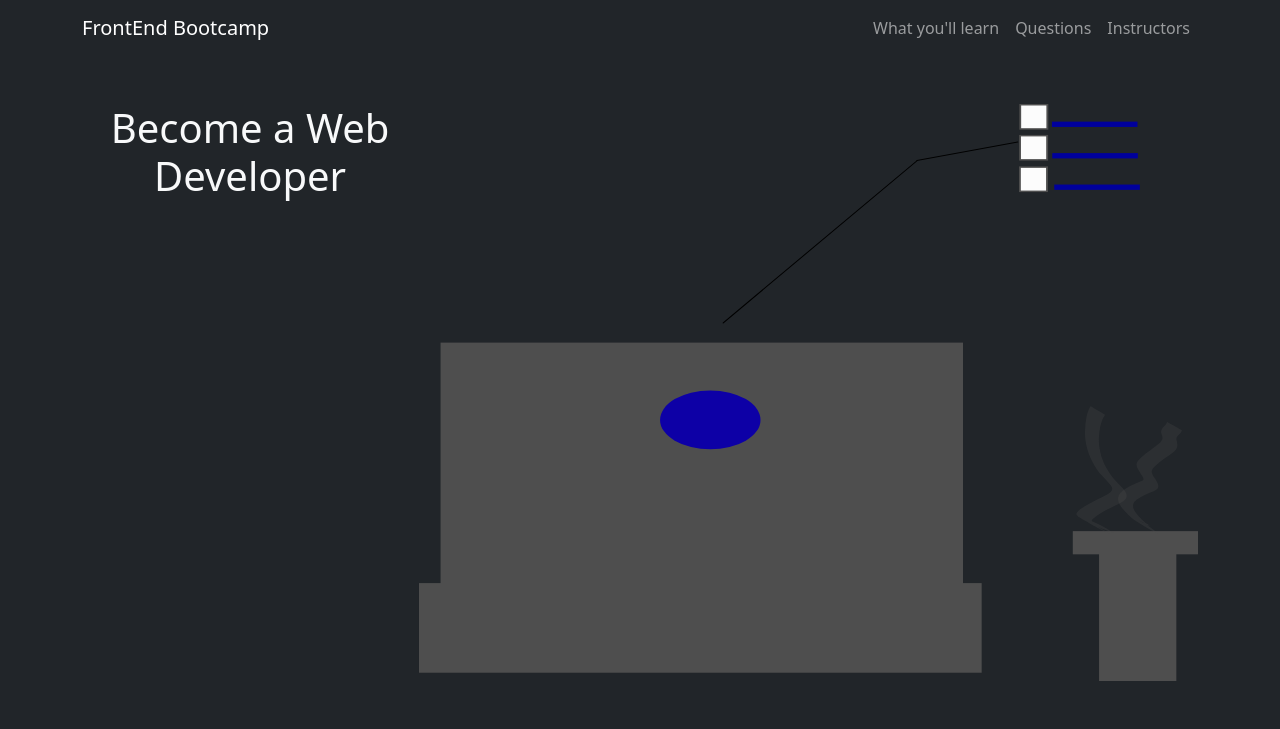
Repository: HaziimYassien/Front-End-BootCamp-__BootStrap-Project
Page: Front End BootCamp2/index.html
The author's editor kept a copy of each file at every save. The page is drawn from the files as they stood at one save, then again after the next save.
The browser window is 1280 px wide. The pictures show the whole page.

Above is the page before, as saved 2024-01-12 02:07:27.

### Front End BootCamp2/index.html
<!DOCTYPE html>
<html lang="en">
  <head>
    <meta charset="utf-8" />
    <meta name="viewport" content="width=device-width, initial-scale=1" />
    <title>Frontend Bootcamp</title>
    <link
      href="https://cdn.jsdelivr.net/npm/bootstrap@5.3.2/dist/css/bootstrap.min.css"
      rel="stylesheet"
      integrity="sha384-T3c6CoIi6uLrA9TneNEoa7RxnatzjcDSCmG1MXxSR1GAsXEV/Dwwykc2MPK8M2HN"
      crossorigin="anonymous"
    />
    <link rel="stylesheet" href="style.css" />
  </head>
  <body>
    <!-- START _NavigationBar -->
    <nav class="navbar navbar-expand-lg bg-dark navbar-dark">
      <div class="container">
        <a href="#" class="navbar-brand">FrontEnd Bootcamp</a>
        <button
          class="navbar-toggler"
          type="button"
          data-bs-toggle="collapse"
          data-bs-target="#navmenu"
        >
          <span class="navbar-toggler-icon"></span>
        </button>
        <div class="collapse navbar-collapse" id="navmenu">
          <ul class="navbar-nav ms-auto">
            <li class="nav-item">
              <a href="#learn" class="nav-link">What you'll learn</a>
            </li>
            <li class="nav-item">
              <a href="#questions" class="nav-link">Questions</a>
            </li>
            <li class="nav-item">
              <a href="#instructors" class="nav-link">Instructors</a>
            </li>
          </ul>
        </div>
      </div>
    </nav>
    <!-- END _NavigationBar -->

    <!-- START _ShowCase -->
    <section class="bg-dark text-light p-5 text-center">
      <div class="container">
        <div class="d-flex">
          <div>
            <h1>Become a Web Developer</h1>
          </div>
          <img
            class="img-fluid w-100"
            src="img/FirstImage_BootCampProject.svg"
            alt=""
          />
        </div>
      </div>
    </section>
    <script
      src="https://cdn.jsdelivr.net/npm/bootstrap@5.3.2/dist/js/bootstrap.bundle.min.js"
      integrity="sha384-C6RzsynM9kWDrMNeT87bh95OGNyZPhcTNXj1NW7RuBCsyN/o0jlpcV8Qyq46cDfL"
      crossorigin="anonymous"
    ></script>
  </body>
</html>

Loaded but not shown: Front End BootCamp2/style.css (no copy from this time; the picture is the same without it)

After the next save:
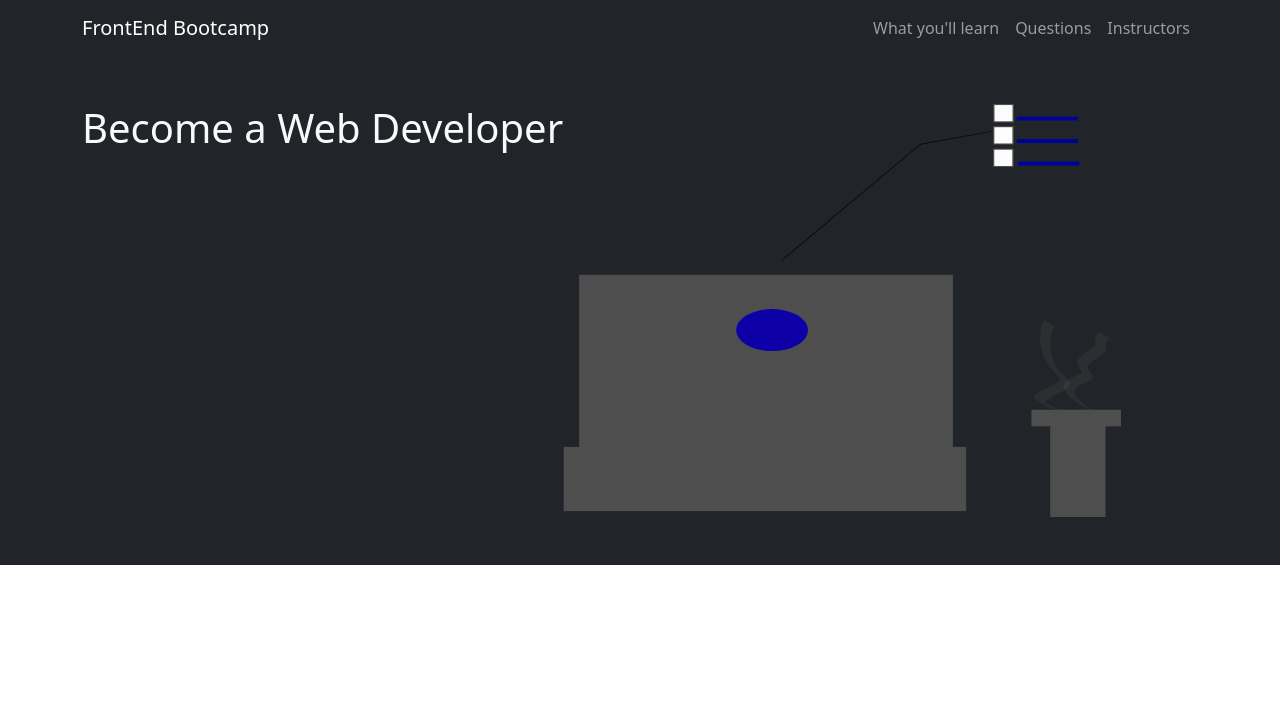
Saved 2 min 40 s later.
--- a/Front End BootCamp2/index.html
+++ b/Front End BootCamp2/index.html
@@ -50,7 +50,7 @@
             <h1>Become a Web Developer</h1>
           </div>
           <img
-            class="img-fluid w-100"
+            class="img-fluid w-50"
             src="img/FirstImage_BootCampProject.svg"
             alt=""
           />

After the save that followed:
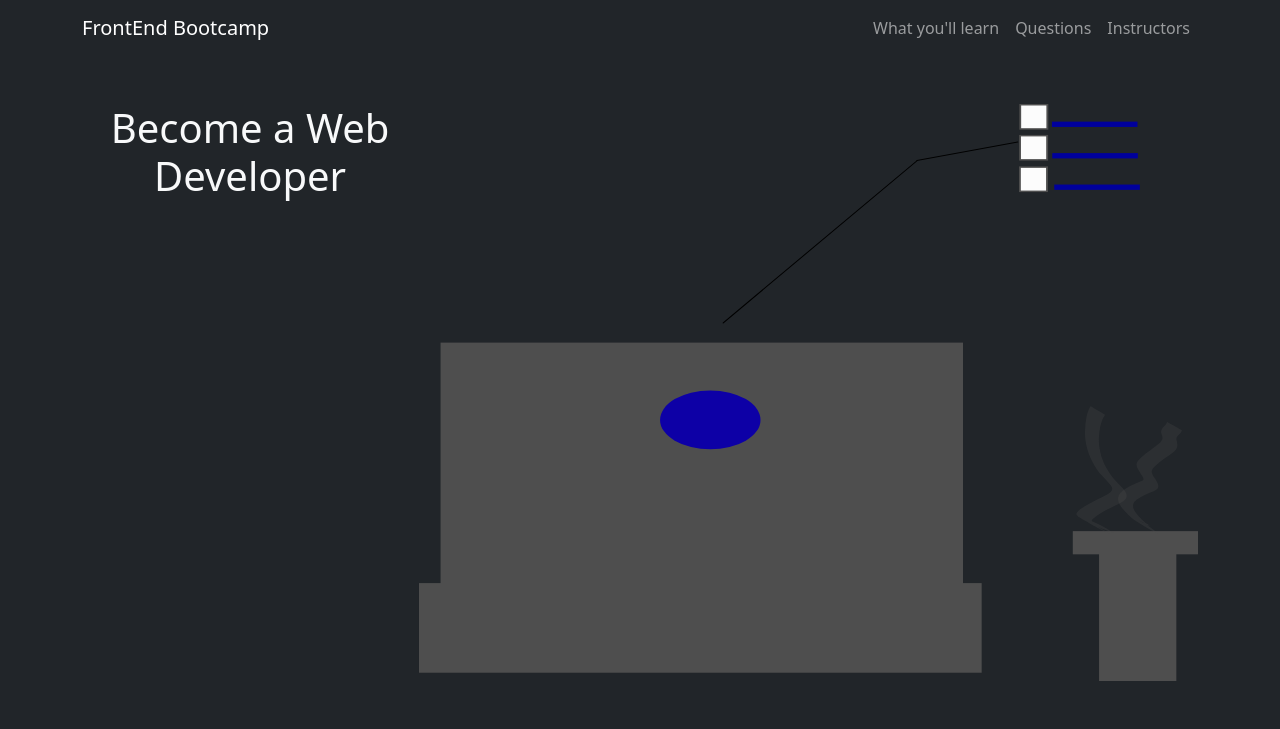
Saved 12 s later.
--- a/Front End BootCamp2/index.html
+++ b/Front End BootCamp2/index.html
@@ -50,7 +50,7 @@
             <h1>Become a Web Developer</h1>
           </div>
           <img
-            class="img-fluid w-50"
+            class="img-fluid w-100"
             src="img/FirstImage_BootCampProject.svg"
             alt=""
           />
